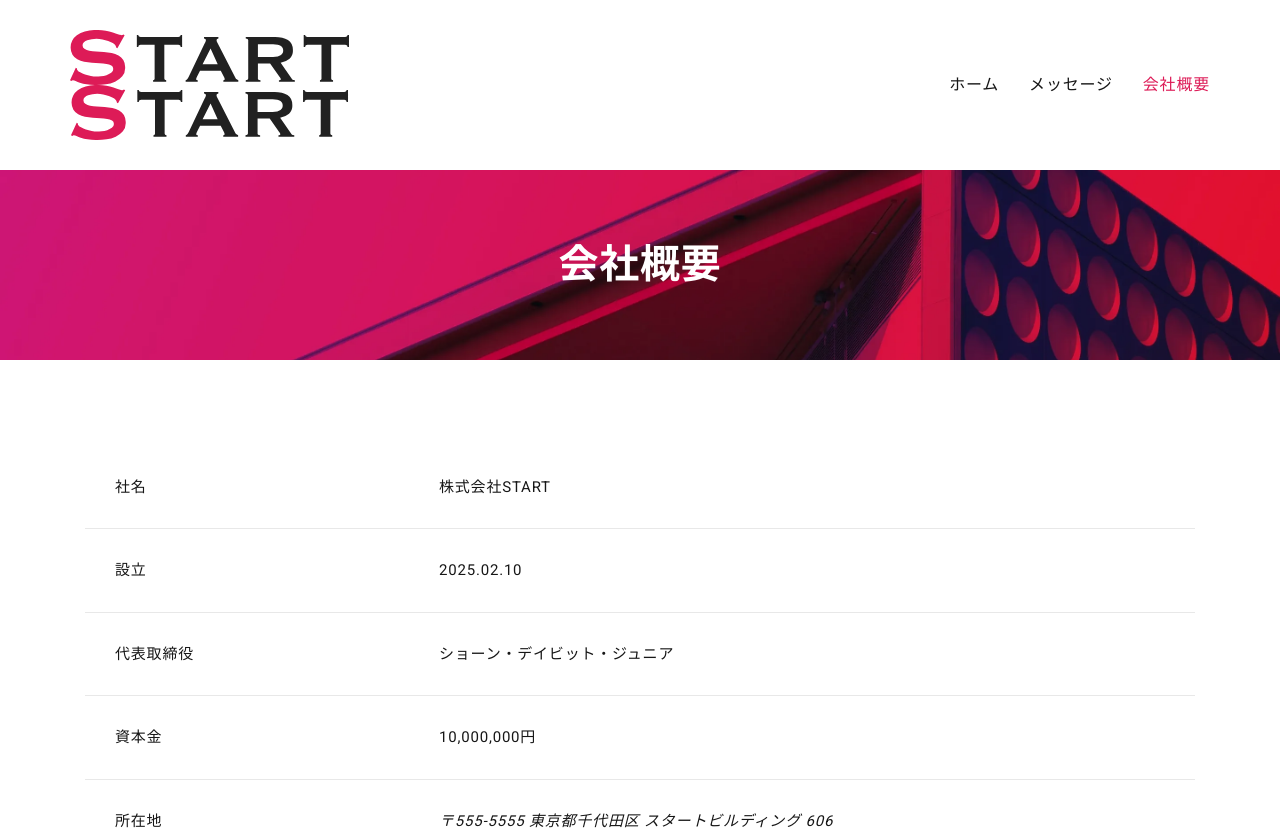
Repository: tetishi/tetishi.github.io
Page: company.html
These files come from the project's save history. The page is drawn as it stood at one moment and after a run of saves; the edit follows.
The browser window is 1280 px wide. The pictures show the part of the page from y = 0 to 837 px (the page is 1893 px tall before and 1817 px after).
Pictures or frames that could not be fetched are drawn as grey boxes.

Above is the page before, as saved 2023-07-02 21:42:52.

After the next 2 saves:
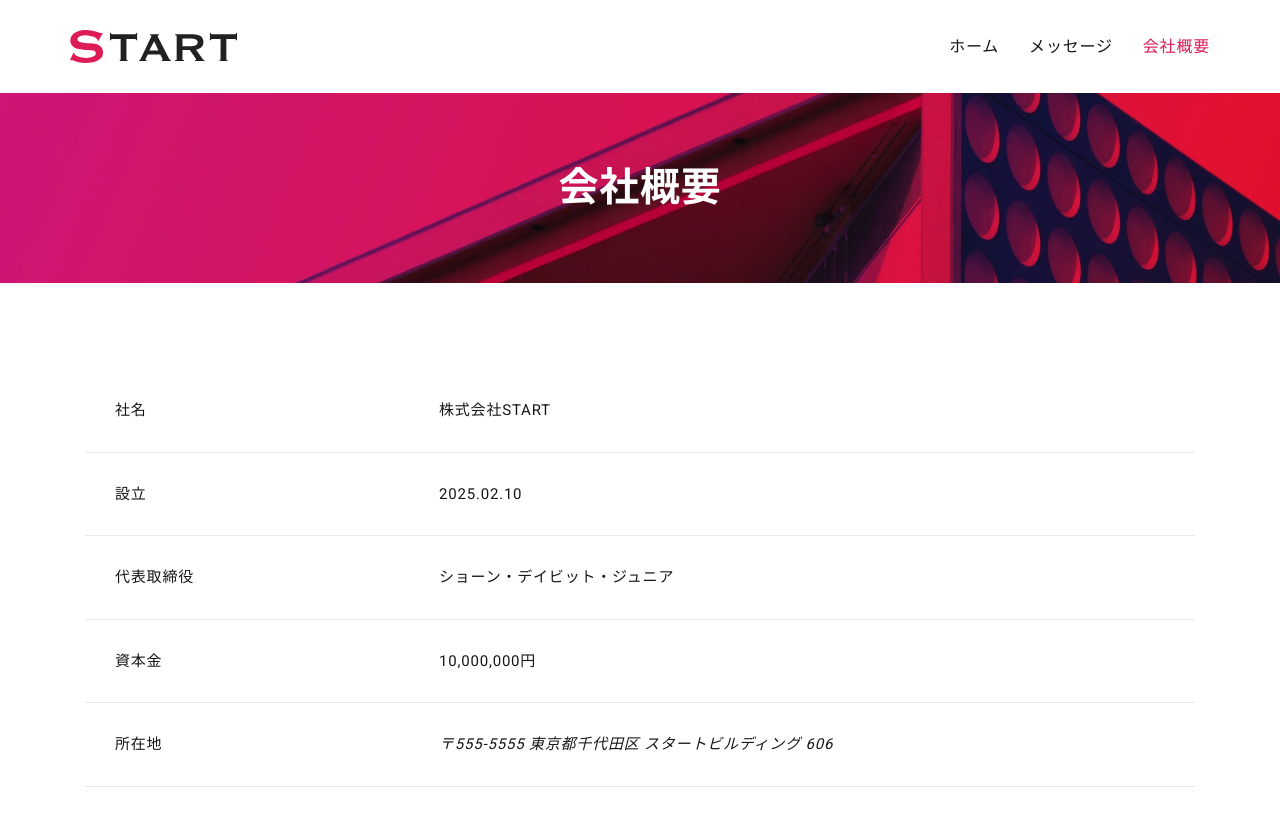
The 2 saves are shown as one change because they came seconds apart.
The last was saved 50 s later.
--- a/css/company.css
+++ b/css/company.css
@@ -22,6 +22,12 @@ a {
 }
 .text-red {
     color: #DD1B57;
+}
+.pc {
+    display: block;
+}
+.sp {
+    display: none;
 }
 
 /* header */
